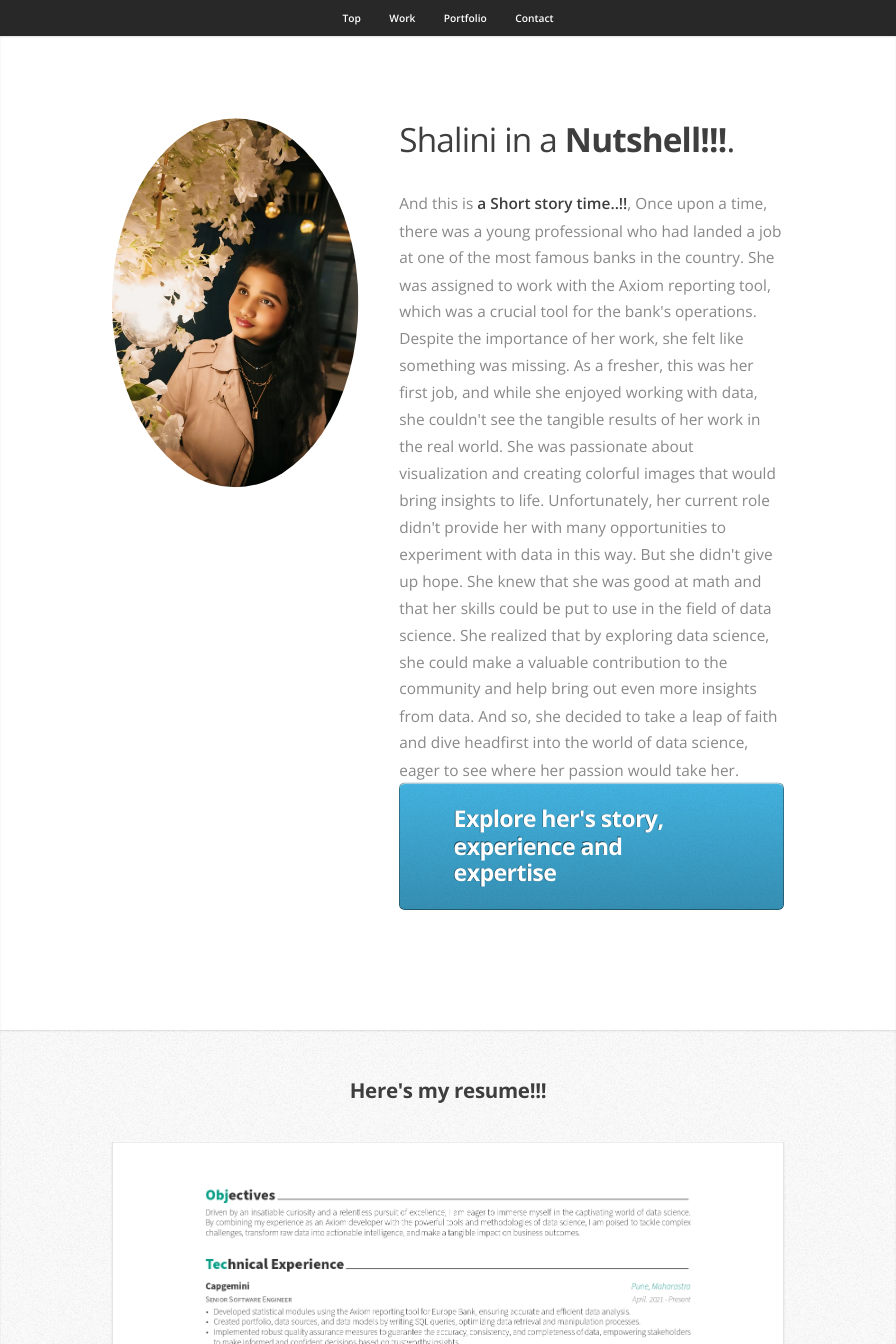
Repository: Shalini-Nanda-ds/Shalini-s-portfolio
Page: index.html
The author's editor kept a copy of each file at every save. The page is drawn from the files as they stood at one save, then again after the next save.
The browser window is 1280 px wide. The pictures show the part of the page from y = 0 to 1920 px (the page is 4530 px tall), at 70% of full size.

Above is the page before, as saved 2025-03-21 11:30:06.

After the next save:
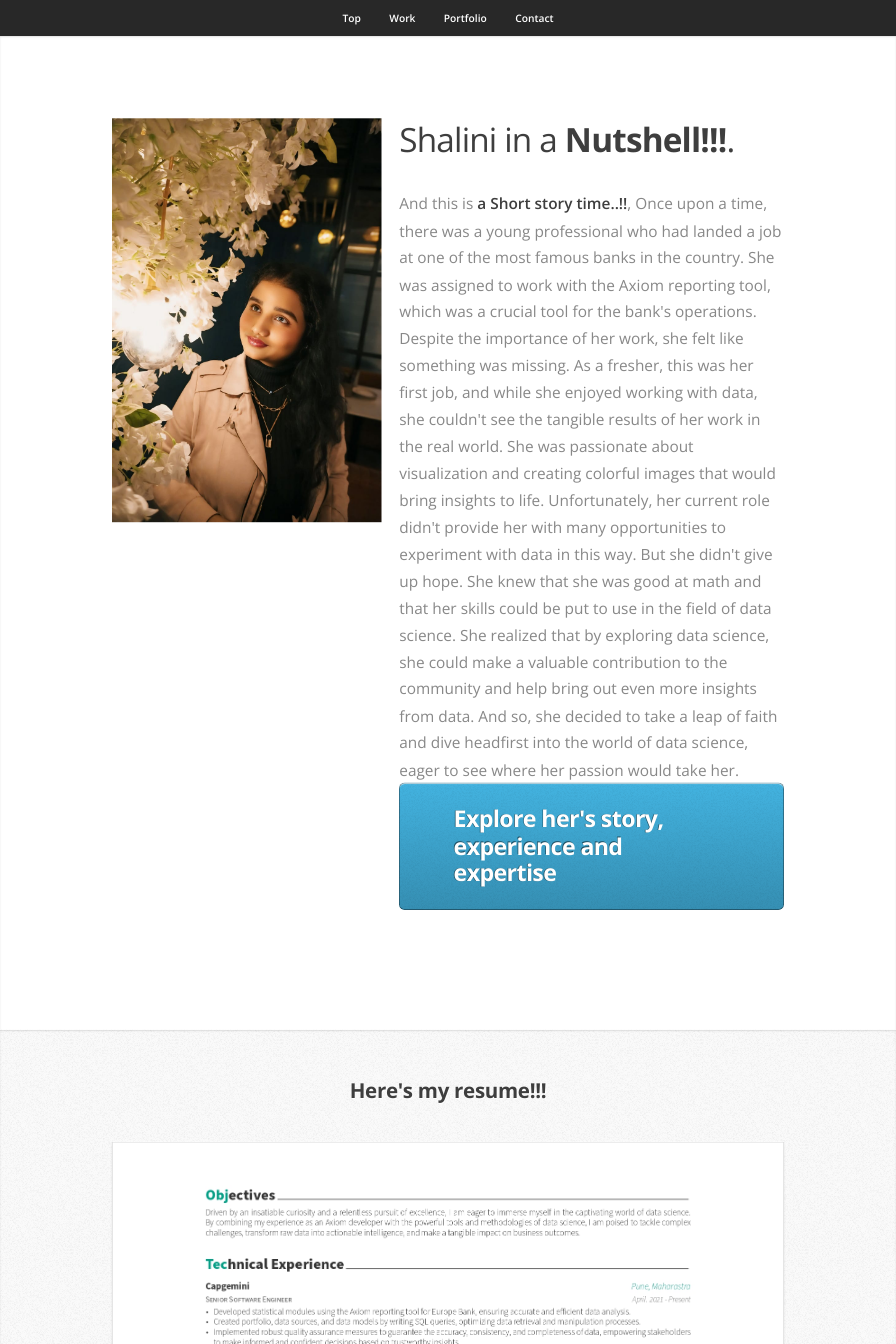
Saved 7 min 3 s later.
--- a/index.html
+++ b/index.html
@@ -28,7 +28,7 @@
 				<div class="container">
 					<div class="row">
 						<div class="col-4 col-5-large col-12-medium">
-							<span class="image fit"><img src="images\WhatsApp Image 2025-03-21 at 11.20.08 AM (1).jpeg" alt="" /></span>
+							<img src="images/WhatsApp Image 2025-03-21 at 11.20.08 AM (1).jpeg" alt="" style="max-width: 100%; height: auto; display: block;"/>
 						</div>
 						<div class="col-8 col-7-large col-12-medium">
 							<header>
